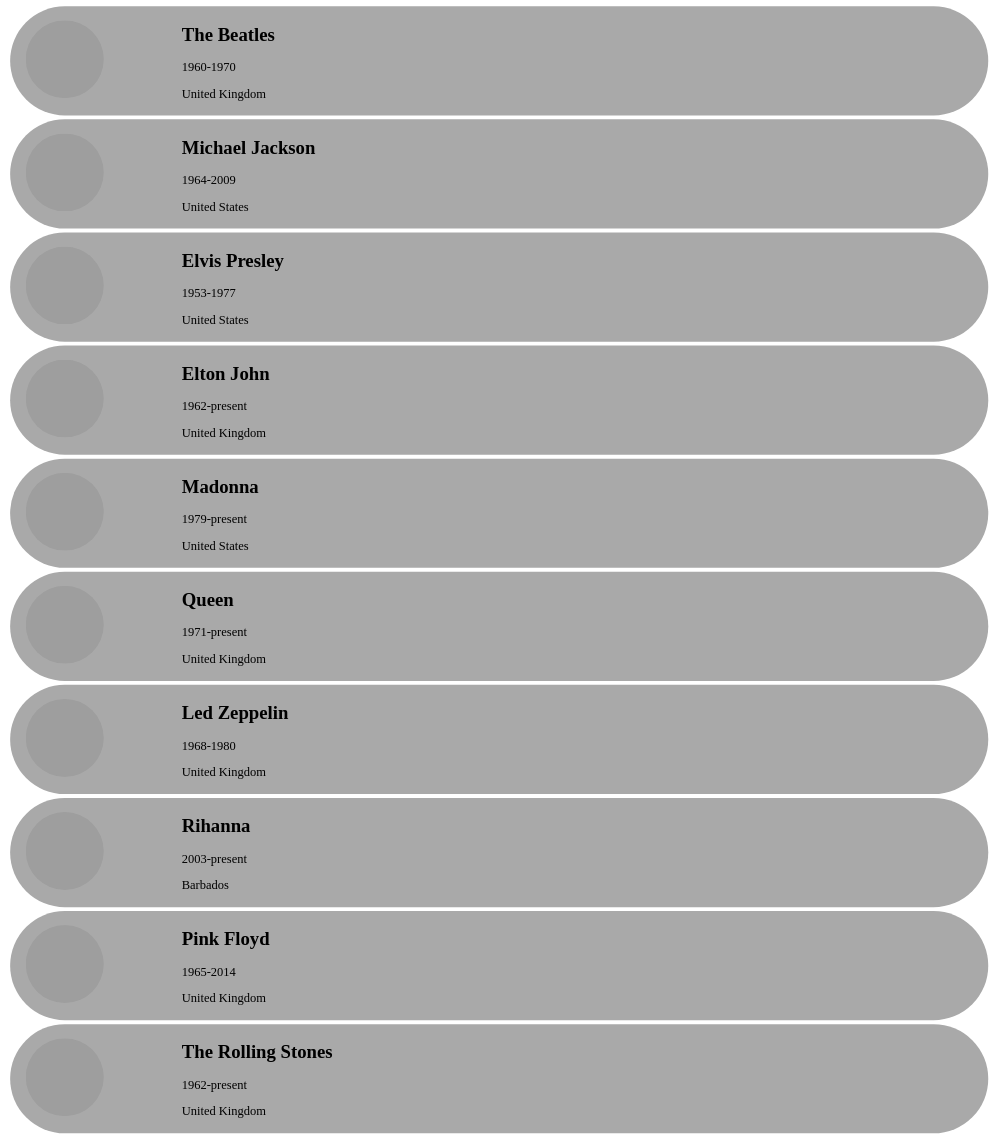
Repository: MelissaJacobi/Frontend-lab-2
Page: /
The author's editor kept a copy of each file at every save. The page is drawn from the files as they stood at one save, then again after the next save.
The browser window is 1280 px wide. The pictures show the whole page, at 78% of full size.
Pictures or frames that could not be fetched are drawn as grey boxes. The project was rebuilt for these pictures with package versions that can differ from the ones it lists, and the page was loaded fresh each time. Also part of the build but not shown: vite.config.js.

Above is the page before, as saved 2024-09-19 14:07:21.

After the next save:
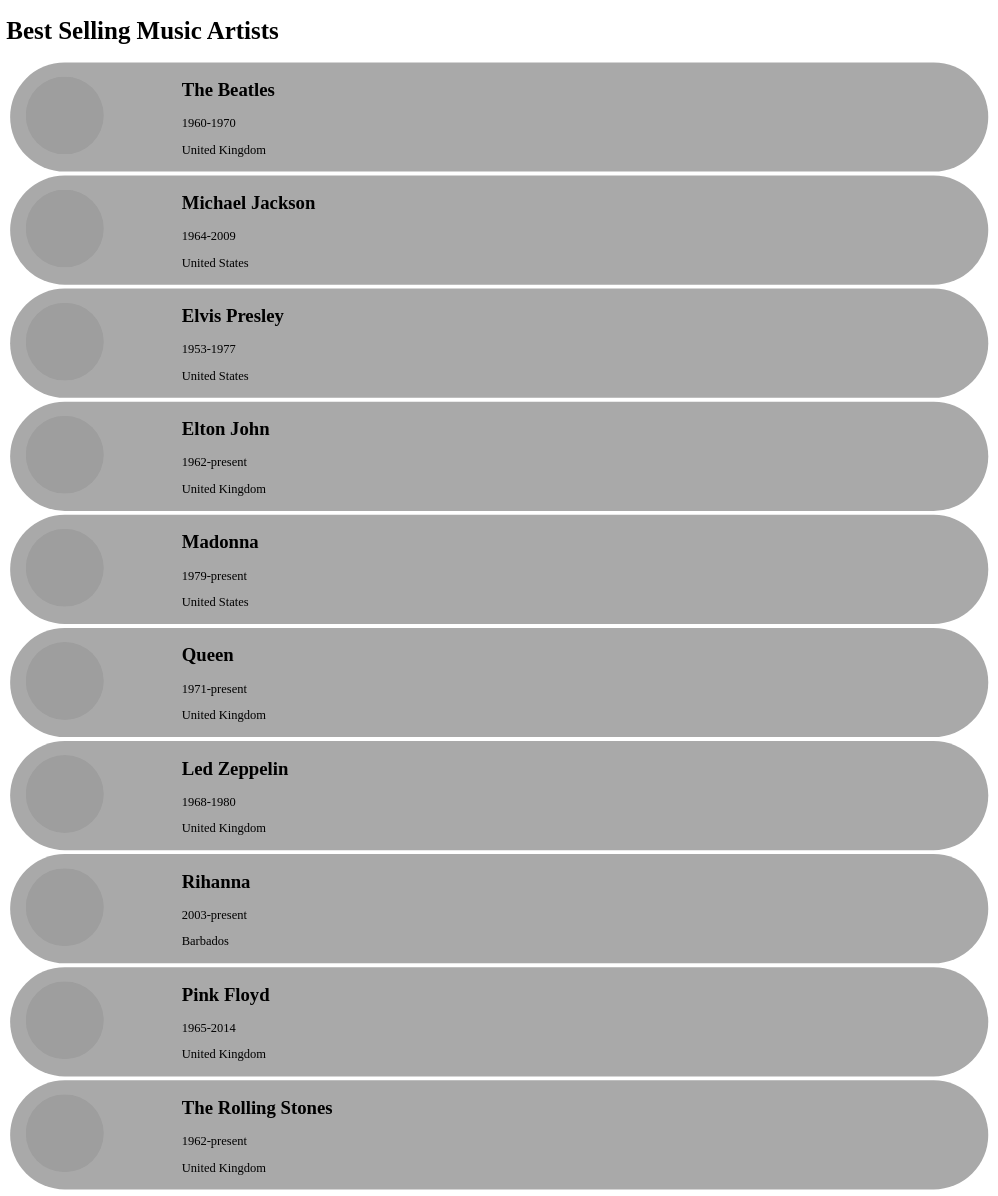
Saved 9 s later.
--- a/src/App.jsx
+++ b/src/App.jsx
@@ -1,5 +1,6 @@
 import { artists } from './best-selling-music-artists';
 import ArtistDetails from './components/ArtistDetails';
+import Header from './components/Header'
 
 function App() {
 
@@ -19,7 +20,7 @@
             </div>
           </div>
         ))} */}
-
+      <Header />
       {artistStats}
     </div>
   );
